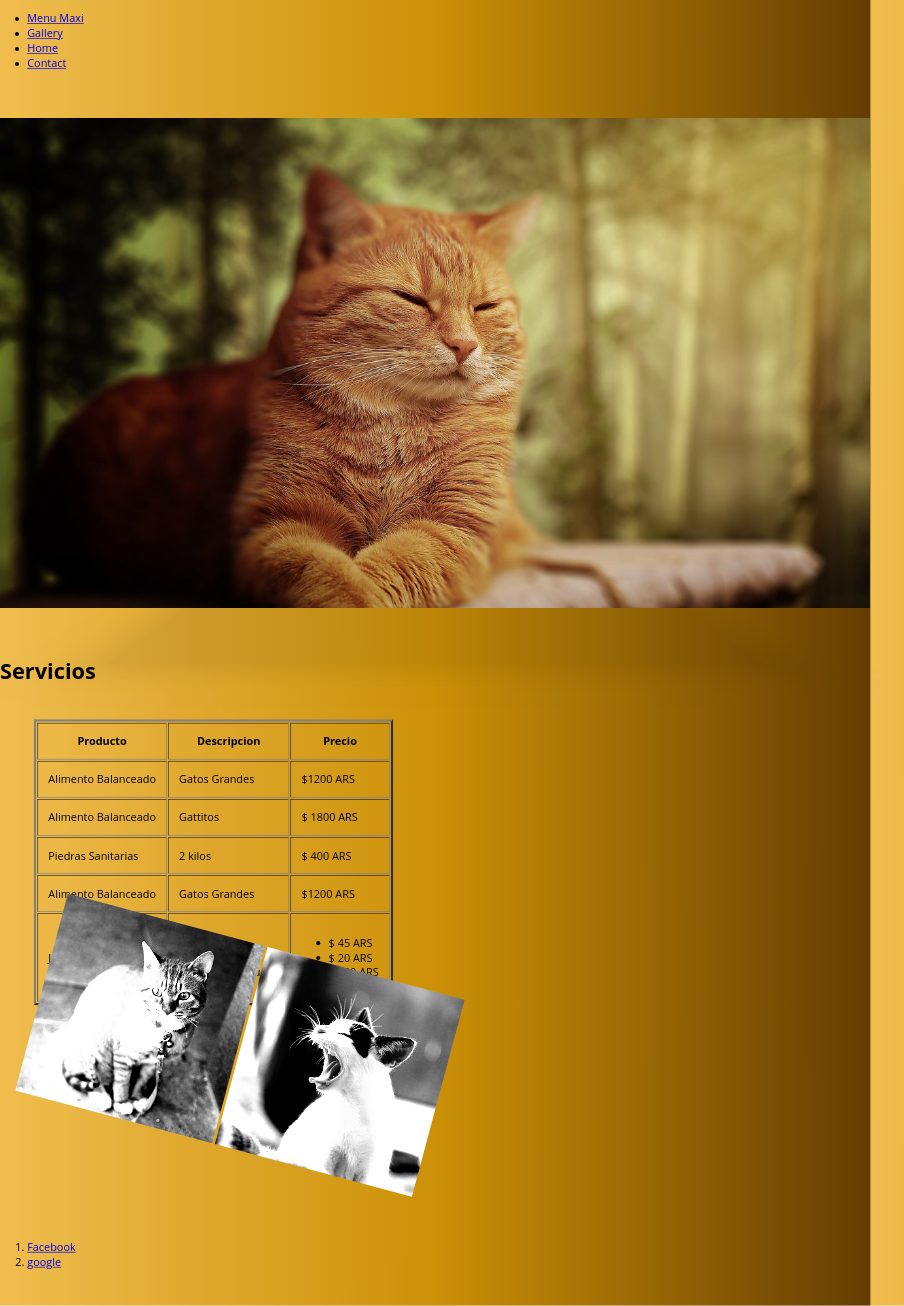
Repository: raul4264/final
Page: Services.html
An editor plug-in stored every save of this project. The page is shown before and after the next save, followed by the edit.
The browser window is 1280 px wide. The page is 1330 px wide, so the pictures cover 1330 px, including what lies to the right of the window. The pictures show the whole page, at 68% of full size.

Above is the page before, as saved 2021-03-26 09:43:30.

### Services.html
<!DOCTYPE html>
<html lang="en">

<head>
    <meta charset="UTF-8">
    <meta http-equiv="X-UA-Compatible" content="IE=edge">
    <meta name="viewport" content="width=device-width, initial-scale=1.0">
    <title>Services</title>
    <link href="css/services.css" rel="stylesheet" type="text/css">
</head>

<body>
    <header>


        <nav>
            <nav>
                <ul class="uno">
                    <li class="item"><a href="menu_maxi.html">Menu Maxi</a></li>
                    <li class="item"><a href="Gallery.html">Gallery</a></li>
                    <li class="item"><a href="index.html">Home</a></li>
                    <li class="item"><a href="Contact.html">Contact</a></li>
                </ul>

            </nav>

        </nav>

    </header>
    <main>
        <div class="thumb">
            <a href="google.com">
                  <span>the optimist lives on</span>
            </a>
      </div>

        <h1>Servicios</h1>
        <section  class="table">

            <table border="3px" cellpadding="15px">
                <tr>
                    <th>Producto</th>
                    <th>Descripcion</th>
                    <th>Precio</th>
                </tr>
                <tr>
                    <td>Alimento Balanceado</td>
                    <td>Gatos Grandes</td>
                    <td> $1200 ARS</td>
                </tr>
                <tr>
                    <td>Alimento Balanceado</td>
                    <td>Gattitos</td>
                    <td>$ 1800 ARS</td>
                </tr>
                <tr>
                    <td>Piedras Sanitarias</td>
                    <td>2 kilos</td>
                    <td>$ 400 ARS</td>
                </tr>
                <tr>
                    <td>Alimento Balanceado</td>
                    <td>Gatos Grandes</td>
                    <td>$1200 ARS</td>
                </tr>
                <tr>
                    <td>Juguetes/gatos</td>
                    <td>
                        <ul>
                            <li>Pelotas</li>
                            <li>Sonajeros</li>
                            <li>Ratas/peluche</li>
                        </ul>
                    </td>
                    <td>
                        <ul>
                            <li>$ 45 ARS</li>
                            <li>$ 20 ARS</li>
                            <li>$ 100 ARS</li>
                        </ul>
                    </td>
                </tr>
            </table>
            <br>

        </section>


        <figure>
            <img src="images/3.jpg">
			<img src="images/2.jpg">

          </figure>

        </section>

    </main>


        <footer>
            <br>

            <ol>
                <li><a href="http://www.facebook.com" target="blanck">Facebook</a>

                </li>
                <li><a href="http://www.google.com" target="blanck">google</a>

                </li>
            </ol>
            <br>
        </footer>
</body>

</html>

### css/services.css


body{
	margin: 0;
    padding: 0;
    transition:all 3s ease-in-out;
}

img{
    width: 300px;
    filter: contrast(1.8) brightness(1.5) grayscale(1)
}

@import url(https://fonts.googleapis.com/css?family=Open+Sans);


body {

    /* background: linear-gradient(rgb(248, 217, 158), rgb(70, 46, 1)); */
    background: rgb(240,189,79);
background: linear-gradient(90deg, rgba(240,189,79,1) 0%, rgba(203,144,6,0.9948354341736695) 50%, rgb(100, 61, 2) 100%);
    font-family: 'Open Sans', sans-serif;
    height: 100vh;
    margin:0;
}

.thumb {
    width: 100vw;
    height: 100vh;
    margin: 70px auto;
    perspective: 1000px;
    transition:all 3s ease-in-out;
}

.thumb a {
    display: block;
    width: 100%;
    height: 100%;
    background: linear-gradient(rgba(0, 0, 0, 0.4), rgba(0, 0, 0, 0.4)),
		url("../images/1.jpg");
    background-size: 0, cover;
    transform-style: preserve-3d;
    transition: all 0.5s;
}

.thumb:hover a {
    transform: rotateX(80deg);
    transform-origin: bottom;
}
.thumb a:after {
    content: '';
    position: absolute;
    left: 0;
    bottom: 0;
    width: 100%;
    height: 36px;
    background: inherit;
    background-size: cover, cover;
    background-position: bottom;
    transform: rotateX(90deg);
    transform-origin: bottom;
}
.thumb a span {
    color: white;
    text-transform: uppercase;
    position: absolute;
    top: 100%;
    left: 0;
    width: 100%;
    font: bold 12px/36px "Open Sans";
    text-align: center;
    transform: rotateX(-89.99deg);
    transform-origin: top;
    z-index: 1;
}
.thumb a:before {
    content: '';
    position: absolute;
    top: 0;
    left: 0;
    width: 100%;
    height: 100%;
    background: rgba(0, 0, 0, 0.5);
    box-shadow: 0 0 100px 50px rgba(0, 0, 0, 0.5);
    transition: all 0.5s;
    opacity: 0.15;
    transform: rotateX(95deg) translateZ(-80px) scale(0.75);
    transform-origin: bottom;
}

.thumb:hover a:before {
    opacity: 1;
    box-shadow: 0 0 25px 25px rgba(0, 0, 0, 0.5);
    transform: rotateX(0) translateZ(-60px) scale(0.85);
}
.table{
    display: flex;
    transform:translate(50px, 30px) ;
}
figure{

    transform: rotate(15deg );
   /*  transform: translateX(129px); */
}

After the next save:
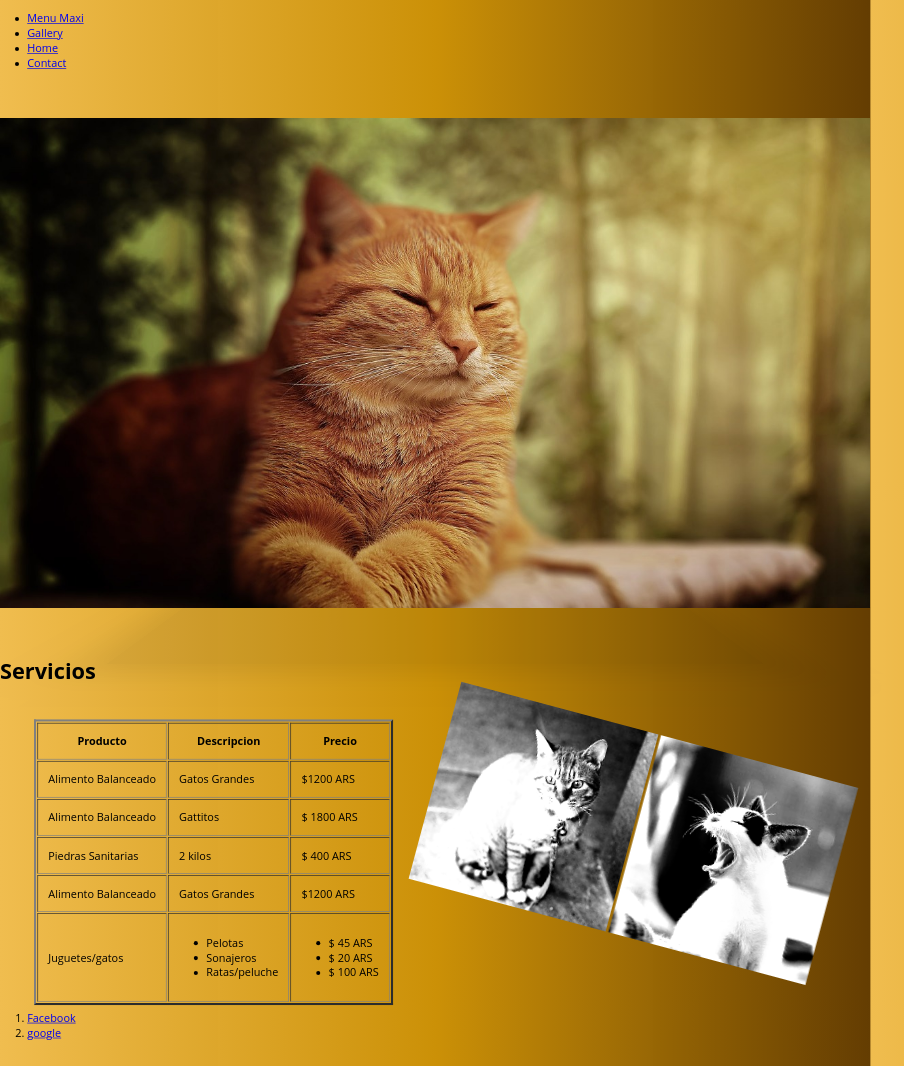
Saved 65 min 2 s later.
--- a/Services.html
+++ b/Services.html
@@ -82,17 +82,15 @@
                 </tr>
             </table>
             <br>
+            <figure>
+                <img src="images/3.jpg">
+                <img src="images/2.jpg">
 
+              </figure>
         </section>
 
 
-        <figure>
-            <img src="images/3.jpg">
-			<img src="images/2.jpg">
 
-          </figure>
-
-        </section>
 
     </main>
 
